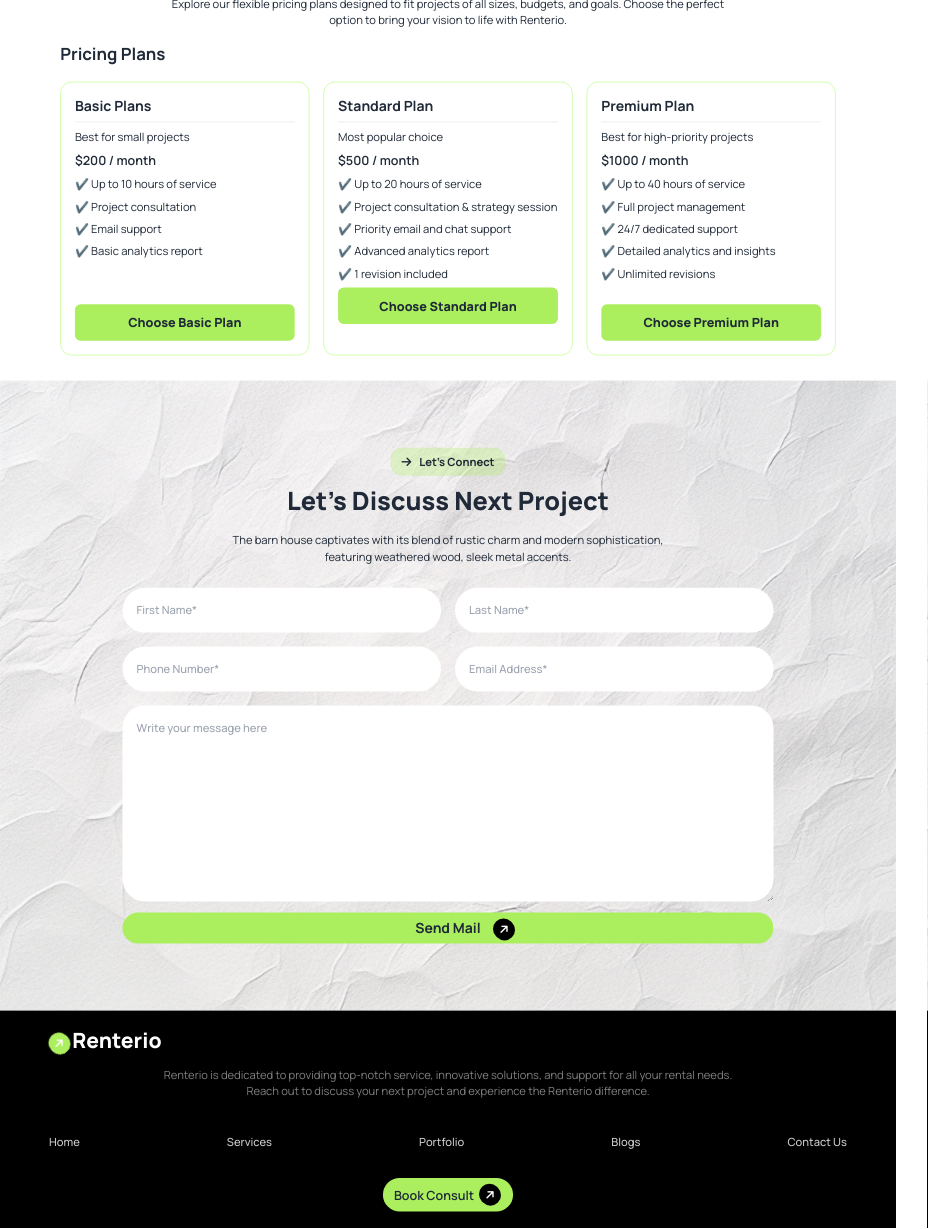
Repository: Tanvir4312/assignment-03
Page: index.html
The author's editor kept a copy of each file at every save. The page is drawn from the files as they stood at one save, then again after the next save.
The browser window is 1280 px wide. The page is 1325 px wide, so the pictures cover 1325 px, including what lies to the right of the window. The pictures show the part of the page from y = 3214 to 5054 px (the page is 4969 px tall before and 5054 px after), at 70% of full size.
Some web libraries are served in a nearby version.

Above is the page before, as saved 2024-10-30 21:53:14.

### index.html
<!DOCTYPE html>
<html lang="en">

<head>
    <meta charset="UTF-8">
    <meta name="viewport" content="width=device-width, initial-scale=1.0">
    <title>Renterio</title>
    <link rel="stylesheet" href="styles/styles.css">
    <!-- DaisyUI -->
    <link href="https://cdn.jsdelivr.net/npm/daisyui@4.12.14/dist/full.min.css" rel="stylesheet" type="text/css" />
    <script src="https://cdn.tailwindcss.com"></script>
    <!-- Icon -->
    <link rel="stylesheet" href="https://cdnjs.cloudflare.com/ajax/libs/font-awesome/6.6.0/css/all.min.css"
        integrity="sha512-Kc323vGBEqzTmouAECnVceyQqyqdsSiqLQISBL29aUW4U/M7pSPA/gEUZQqv1cwx4OnYxTxve5UMg5GT6L4JJg=="
        crossorigin="anonymous" referrerpolicy="no-referrer" />

    <script>
        tailwind.config = {
            theme: {
                extend: {
                    colors: {
                        clifford: '#da373d',
                        bgBtnColor: '#ABEF5F',
                        btnTextAndWorksTextColor: '#1C1C1C',
                        mainColor: '#212121',
                        secondaryColor: '#494949',

                    }
                }
            }
        }
    </script>
</head>

<body class="manrope-font">
    <header>
        <!-- Navbar -->
        <nav class="container mx-auto">
            <div class="navbar relative py-14">
                <div class="navbar-start">
                    <div class="absolute right-0">
                        <div class="dropdown">
                            <div tabindex="0" role="button"
                                class="btn btn-ghost mr-2 lg:hidden border border-[rgba(233,233,233)] rounded-full bg-[#f9f8f8]">
                                <svg xmlns="http://www.w3.org/2000/svg" class="h-5 w-5" fill="none" viewBox="0 0 24 24"
                                    stroke="currentColor">
                                    <path stroke-linecap="round" stroke-linejoin="round" stroke-width="2"
                                        d="M4 6h16M4 12h8m-8 6h16" />
                                </svg>
                            </div>
                            <div class="absolute -left-20">
                                <ul tabindex=""
                                    class="menu menu-sm dropdown-content bg-base-100 rounded-box z-[1] p-2 shadow w-32">
                                    <li><a>Home</a></li>
                                    <li><a>Services</a></li>
                                    <li><a>Portfolio</a></li>
                                    <li><a>Blogs</a></li>
                                    <li><a>Contact Us</a></li>
                                </ul>
                            </div>
                        </div>
                    </div>
                    <i class="fa-solid fa-arrow-right -rotate-45 bg-bgBtnColor p-2 rounded-full	"></i>
                    <a class="btn btn-ghost font-extrabold text-3xl pl-2">Renterio</a>
                </div>
                <div class="navbar-center hidden lg:flex">
                    <ul class="menu menu-horizontal px-1">
                        <li><a class="font-extrabold">Home</a></li>
                        <li><a>Services</a></li>
                        <li><a>Portfolio</a></li>
                        <li><a>Blogs</a></li>
                        <li><a>Contact Us</a></li>
                    </ul>
                </div>

                <div class="navbar-end hidden md:block">
                    <div class="flex justify-end">
                        <div class="flex items-center gap-3 mr-2">
                            <div class="px-3 py-1 border border-[rgba(233,233,233)] rounded-full bg-[#f9f8f8]">
                                <i class="fa-solid fa-magnifying-glass"></i>
                            </div>
                            <div class="px-3 py-1 border border-[rgba(233,233,233)] rounded-full bg-[#f9f8f8]">
                                <i class="fa-solid fa-cart-shopping"></i>
                            </div>
                        </div>
                        <div class="relative ">
                            <button class="btn bg-bgBtnColor rounded-3xl pr-14 text-lg font-semibold">Book
                                Consult</button>
                            <i
                                class="fa-solid fa-arrow-right -rotate-45 bg-black text-white p-2 rounded-full absolute top-2 right-4 "></i>
                        </div>
                    </div>
                </div>
            </div>
        </nav>
        <!-- Banner -->
        <section class="banner text-center">
            <!-- Banner Image -->
            <div class="flex justify-center px-14">
                <img src="./assets/banner.png" alt="">
            </div>
            <!-- Banner Text -->
            <div class="mt-6">
                <h1 class="text-3xl md:text-6xl font-extrabold md:leading-[80px]">A barn house of this design
                    has a <br>striking appearance
                </h1>
                <p class="mt-6 mb-8 px-5">The barn house captivates with its blend of rustic charm and modern
                    sophistication,
                    featuring weathered wood, sleek metal <br> accents, and large windows that flood the space with
                    natural light.</p>
                <!-- Banner Button -->
                <div class="relative flex px-2 md:justify-center md:items-center">
                    <div class="w-full text-start md:text-center">
                        <button
                            class="btn border border-[rgba(171,239,95)] bg-[rgba(171,239,95,0.5)] rounded-3xl mainColor text-xl font-extrabold pr-14 l w-full md:w-52">View
                            Details</button>
                    </div>
                    <div>
                        <i
                            class="fa-solid fa-arrow-right -rotate-45 bg-bgBtnColor p-2 rounded-full absolute bottom-2 right-[590px]"></i>

                        <i
                            class="md:hidden absolute top-3 right-20 fa-solid fa-arrow-right -rotate-45 bg-bgBtnColor p-2 rounded-full"></i>
                    </div>
                </div>
            </div>
        </section>
    </header>

    <main class="bg-[#F4F4F4]">
        <!-- Commercial and Residential Section -->
        <section class="bg-[#F4F4F4] md:my-24 my-5 pt-7 pb-5 md:pb-20">
            <!-- Vector Image -->
            <img class="hidden md:block border-dashed border-2 border-slate-300 py-7 ml-9" src="./assets/Vector.png"
                alt="">
            <div class="md:w-[1140px] mx-auto grid md:grid-cols-2 grid-cols-1 gap-5 p-4 md:p-0">
                <div>
                    <!-- About Us Button -->
                    <div class="flex justify-center md:flex-col">
                        <div class="bg-white w-32 py-2 px-4 rounded-2xl">
                            <i class="fa-solid fa-arrow-right pr-2"></i>
                            <button class="font-bold">About Us</button>
                        </div>
                    </div>
                    <!-- Text -->
                    <div class="mt-4 md:text-start text-center">
                        <h1 class="text-2xl md:text-4xl font-bold mainColor mb-6">We design thoughtful, <br> liveable
                            spaces
                        </h1>
                        <p class="secondaryColor">The barn house captivates with its blend of rustic charm and
                            modern sophistication, featuring weathered wood, sleek metal accents.</p>
                    </div>

                    <div class="flex md:items-center gap-5 my-6 bg-white p-6 rounded-2xl">
                        <!-- Image -->
                        <div>
                            <img src="./assets/commercial.png" alt="">
                        </div>
                        <!-- Text -->
                        <div>
                            <h3 class="text-xl font-extrabold">Commercial</h3>
                            <p><small>The barn house captivates with its blend <br> of rustic charm and modern.</small>
                            </p>
                        </div>
                    </div>
                    <div class="flex md:items-center gap-5 bg-white p-6 rounded-2xl">
                        <!-- Image -->
                        <div>
                            <img src="./assets/residential.png" alt="">
                        </div>
                        <!-- Text -->
                        <div>
                            <h3 class="text-xl font-extrabold">Residential</h3>
                            <p><small>The barn house captivates with its blend <br> of rustic charm and modern.</small>
                            </p>
                        </div>
                    </div>

                </div>
                <!-- Image -->
                <div>
                    <img class="h-60 w-full md:h-[500px]" src="./assets/Rectangle.png" alt="">
                </div>
            </div>
        </section>
        <!-- Works Process section -->
        <section class="md:w-[1140px] mx-auto px-4 md:px-0 md:pb-24">
            <!-- Works Button -->
            <div class="flex justify-center">
                <div class="bg-white py-2 px-4 rounded-2xl">
                    <i class="fa-solid fa-arrow-right pr-2"></i>
                    <button class="font-bold">How We Works</button>
                </div>
            </div>
            <!-- Text -->
            <div class="text-center">
                <h1 class="py-4 md:py-6 text-2xl md:text-4xl font-bold">Our Works Process</h1>
                <p>The barn house captivates with its blend of rustic charm and modern sophistication, <br> featuring
                    weathered wood, sleek metal accents.</p>
            </div>
            <!-- Card -->
            <div class="card grid grid-cols-1 md:grid-cols-4 gap-4 my-8">
                <div class="bg-[rgba(231,193,211)] rounded-2xl p-5">
                    <img src="./assets/concept.png" alt="">
                    <h4 class="py-2 text-xl font-bold">Concept</h4>
                    <p>The barn house captivates with its blend of rustic charm and modern.</p>
                </div>
                <div class="bg-[rgba(239,218,110)] rounded-2xl p-5">
                    <img src="./assets/flow-chart.png" alt="">
                    <h4 class="py-2 text-xl font-bold">Design Process</h4>
                    <p>The barn house captivates with its blend of rustic charm and modern.</p>
                </div>
                <div class="bg-[rgba(164,218,195)] rounded-2xl p-5">
                    <img src="./assets/concept.png" alt="">
                    <h4 class="py-2 text-xl font-bold">Supervision</h4>
                    <p>The barn house captivates with its blend of rustic charm and modern.</p>
                </div>
                <div class="bg-[rgba(119,170,234)] rounded-2xl p-5">
                    <img src="./assets/concept.png" alt="">
                    <h4 class="py-2 text-xl font-bold">Budget Planning</h4>
                    <p>The barn house captivates with its blend of rustic charm and modern.</p>
                </div>
            </div>
        </section>
        <!-- Latest Portfolio Section -->
        <section class="md:bg-white">
            <div class=" md:w-[1140px] mx-auto py-6 px-4 md:pt-20">
                <!-- Latest Works Button -->
                <div class="flex justify-center">
                    <div class="bg-[rgba(171,239,95,0.2)] py-2 px-4 rounded-2xl">
                        <i class="fa-solid fa-arrow-right pr-2"></i>
                        <button class="font-bold">Explore our Latest works</button>
                    </div>
                </div>
                <!-- Text -->
                <div class="text-center">
                    <h1 class="pt-4 pb-6 md:text-4xl text-2xl font-bold">Our Latest Portfolio</h1>
                    <p>The barn house captivates with its blend of rustic charm and modern sophistication, <br>
                        featuring
                        weathered wood, sleek metal accents.</p>
                </div>
                <!-- Latest Portfolio Card First Row -->
                <div class="pt-8 grid grid-cols-1 md:grid-cols-3 gap-5">
                    <!-- First Card -->
                    <div class="md:col-span-2 rounded-2xl ">
                        <div class="md:flex gap-6 border border-[rgba(233,233,233)] rounded-2xl p-5 bg-white">
                            <img src="./assets/img1.png" alt="">
                            <div>
                                <h3 class="text-2xl font-extrabold">Commercial</h3>
                                <p class="pt-4 pb-6">The barn house captivates with its blend of rustic charm and
                                    modern. The barn house
                                    captivates with its blend of rustic charm and modern .</p>

                                <a class="text-xl font-extrabold pr-1" href="">View Details</a>
                                <i class="fa-solid fa-arrow-right -rotate-45 bg-bgBtnColor p-2 rounded-full	"></i>
                            </div>
                        </div>
                    </div>
                    <!-- Second Card -->
                    <div class="border border-[rgba(233,233,233)] rounded-2xl p-5 bg-white">
                        <img src="./assets/img2.png" alt="">
                    </div>

                </div>
                <!-- Latest Portfolio Card Second Row -->
                <div class="grid grid-cols-1 md:grid-cols-4 gap-5 mt-5">
                    <!-- First Card -->
                    <div class="border border-[rgba(233,233,233)] rounded-2xl p-5 bg-white">
                        <img class="h-full w-full" src="./assets/img3.png" alt="">
                    </div>
                    <!-- Second Card -->
                    <div class="md:col-span-2 rounded-2xl ">
                        <div class="md:flex gap-6 border border-[rgba(233,233,233)] rounded-2xl p-5 bg-white">
                            <img src="./assets/img4.png" alt="">
                            <div>
                                <h3 class="text-2xl font-extrabold">Commercial</h3>
                                <p class="pt-4 pb-6">The barn house captivates with its blend of rustic charm and
                                    modern.</p>

                                <a class="text-xl font-extrabold pr-1" href="">View Details</a>
                                <i class="fa-solid fa-arrow-right -rotate-45 bg-bgBtnColor p-2 rounded-full	"></i>
                            </div>
                        </div>
                    </div>
                    <!-- Third Card -->
                    <div class="border border-[rgba(233,233,233)] rounded-2xl p-5 bg-white">
                        <img class="h-full w-full" src="./assets/img5.png" alt="">
                    </div>

                </div>
            </div>
        </section>
        <!-- Perfect Plan Section -->
        <section class="md:bg-white">
            <div class="md:w-[1140px] mx-auto py-6 px-4 md:pt-20">
                <!-- Text -->
                <div class="text-center">
                    <h1 class="text-2xl md:text-4xl font-extrabold">Choose the Perfect Plan for Your Needs</h1>
                    <p class="py-5">Explore our flexible pricing plans designed to fit projects of all sizes, budgets,
                        and goals. Choose the perfect <br> option to bring your vision to life with Renterio.</p>
                </div>
                <p class="text-2xl font-bold pb-6">Pricing Plans</p>
                <!-- Cards -->
                <div class="grid grid-cols-1 md:grid-cols-3 gap-5">
                    <!-- Card-01 -->
                    <div class="border border-[#bdfe8b] p-5 rounded-2xl bg-white">
                        <div class="space-y-2">
                            <h3 class="text-xl font-bold">Basic Plans</h3>
                            <hr>
                            <p>Best for small projects</p>
                            <h5 class="text-lg font-semibold">$200 / month</h5>
                            <li class="list-none">✔️ Up to 10 hours of service</li>
                            <li class="list-none">✔️ Project consultation</li>
                            <li class="list-none">✔️ Email support</li>
                            <li class="list-none">✔️ Basic analytics report</li>
                        </div>

                        <button class="bg-bgBtnColor p-3 rounded-lg text-lg font-extrabold mt-16 w-full">Choose
                            Basic Plan</button>

                    </div>
                    <!-- Card-02 -->
                    <div class="border border-[#bdfe8b] p-5 rounded-2xl bg-white">
                        <div class="space-y-2">
                            <h3 class="text-xl font-bold">Standard Plan</h3>
                            <hr>
                            <p>Most popular choice</p>
                            <h5 class="text-lg font-semibold">$500 / month</h5>
                            <li class="list-none">✔️ Up to 20 hours of service</li>
                            <li class="list-none">✔️ Project consultation & strategy session</li>
                            <li class="list-none">✔️ Priority email and chat support</li>
                            <li class="list-none">✔️ Advanced analytics report</li>
                            <li class="list-none">✔️ 1 revision included</li>
                        </div>

                        <button class="bg-bgBtnColor p-3 rounded-lg text-lg font-extrabold mt-2 w-full">Choose Standard
                            Plan</button>

                    </div>
                    <!-- Card-03 -->
                    <div class="border border-[#bdfe8b] p-5 rounded-2xl bg-white">
                        <div class="space-y-2">
                            <h3 class="text-xl font-bold">Premium Plan</h3>
                            <hr>
                            <p>Best for high-priority projects</p>
                            <h5 class="text-lg font-semibold">$1000 / month</h5>
                            <li class="list-none">✔️ Up to 40 hours of service</li>
                            <li class="list-none">✔️ Full project management</li>
                            <li class="list-none">✔️ 24/7 dedicated support</li>
                            <li class="list-none">✔️ Detailed analytics and insights</li>
                            <li class="list-none">✔️ Unlimited revisions</li>
                        </div>

                        <button class="bg-bgBtnColor p-3 rounded-lg text-lg font-extrabold mt-8 w-full">Choose Premium
                            Plan</button>

                    </div>
                </div>
            </div>
        </section>
    </main>
    <!-- Next Project Section -->
    <section class="next-project mt-3">
        <div class=" md:w-[970px] mx-auto py-7 md:py-24 px-5">
            <!-- Button -->
            <div class="flex justify-center">
                <div class="bg-[rgba(171,239,95,0.3)] py-2 px-4 rounded-2xl">
                    <i class="fa-solid fa-arrow-right pr-2"></i>
                    <button class="font-bold">Let’s Connect</button>
                </div>
            </div>
            <!-- Text -->
            <div class="text-center">
                <h1 class="text-2xl md:text-4xl font-extrabold pt-4">Let’s Discuss Next Project</h1>
                <p class="pt-6 pb-8">The barn house captivates with its blend of rustic charm and modern sophistication,
                    <br> featuring weathered wood, sleek metal accents.
                </p>
            </div>
            <!-- Input Field -->
            <div class="grid grid-cols-1 md:grid-cols-2 gap-5">
                <input class="p-5 rounded-[64px]" type="text" name="" id="" placeholder="First Name*">
                <input class="p-5 rounded-[64px]" type="text" name="" id="" placeholder="Last Name*">
                <input class="p-5 rounded-[64px]" type="text" name="" id="" placeholder="Phone Number*">
                <input class="p-5 rounded-[64px]" type="text" name="" id="" placeholder="Email Address*">
                <textarea class="md:col-span-2 p-5 rounded-[32px]" name="" id="" cols="30" rows="10"
                    placeholder="Write your message here"></textarea>
            </div>
            <!-- Button -->
            <div class="relative">
                <button class="bg-bgBtnColor w-full text-xl font-bold py-2 rounded-[32px] mt-4">Send Mail</button>
                <i
                    class="fa-solid fa-arrow-right -rotate-45 bg-black text-white p-2 rounded-full md:absolute md:top-6 md:right-[370px] hidden md:block"></i>
                <i
                    class="fa-solid fa-arrow-right -rotate-45 bg-black text-white p-2 rounded-full absolute top-6 right-14 md:hidden"></i>
            </div>
        </div>
    </section>

    <footer class="bg-black">
        <div class="md:w-[1140px] mx-auto py-6">

            <div class=" text-white">
                <i class="fa-solid fa-arrow-right -rotate-45 bg-bgBtnColor p-2 rounded-full	"></i>
               <span>
                <a class="text-xl md:text-3xl font-extrabold pt-14 text-center">Renterio</a>
               </span>
                <p class="pt-4 pb-12 opacity-50 text-center">Renterio is dedicated to providing top-notch service, innovative solutions, and support for all your rental needs. <br> Reach out to discuss your next project and experience the Renterio difference.</p>
            </div>
            <div class="md:flex  justify-between text-white font-medium opacity-80">
                <p><a href="">Home</a></p>
                <p><a href="">Services</a></p>
                <p><a href="">Portfolio</a></p>
                <p><a href="">Blogs</a></p>
                <p><a href="">Contact Us</a></p>
            </div>

            <div class="relative ">
                <div class="flex justify-center mt-10">
                    <button class="btn bg-bgBtnColor rounded-3xl pr-14 text-lg font-semibold border-none">Book
                        Consult</button>
                </div>
                <i
                    class="fa-solid fa-arrow-right -rotate-45 bg-black text-white p-2 rounded-full absolute top-2 right-[495px] "></i>
            </div>

        </div>
    </footer>
</body>

</html>

### styles/styles.css
/* Font */
@import url('https://fonts.googleapis.com/css2?family=Manrope:wght@200..800&display=swap');


.manrope-font {
  font-family: "Manrope", sans-serif;
}

/* Next Project Section */
.next-project{
  background-image: url('/assets/bg.jpg');
  background-repeat: no-repeat;
  background-position: center;
  background-size: cover;
}

::placeholder{
  font-weight: 500;

}

After the next save:
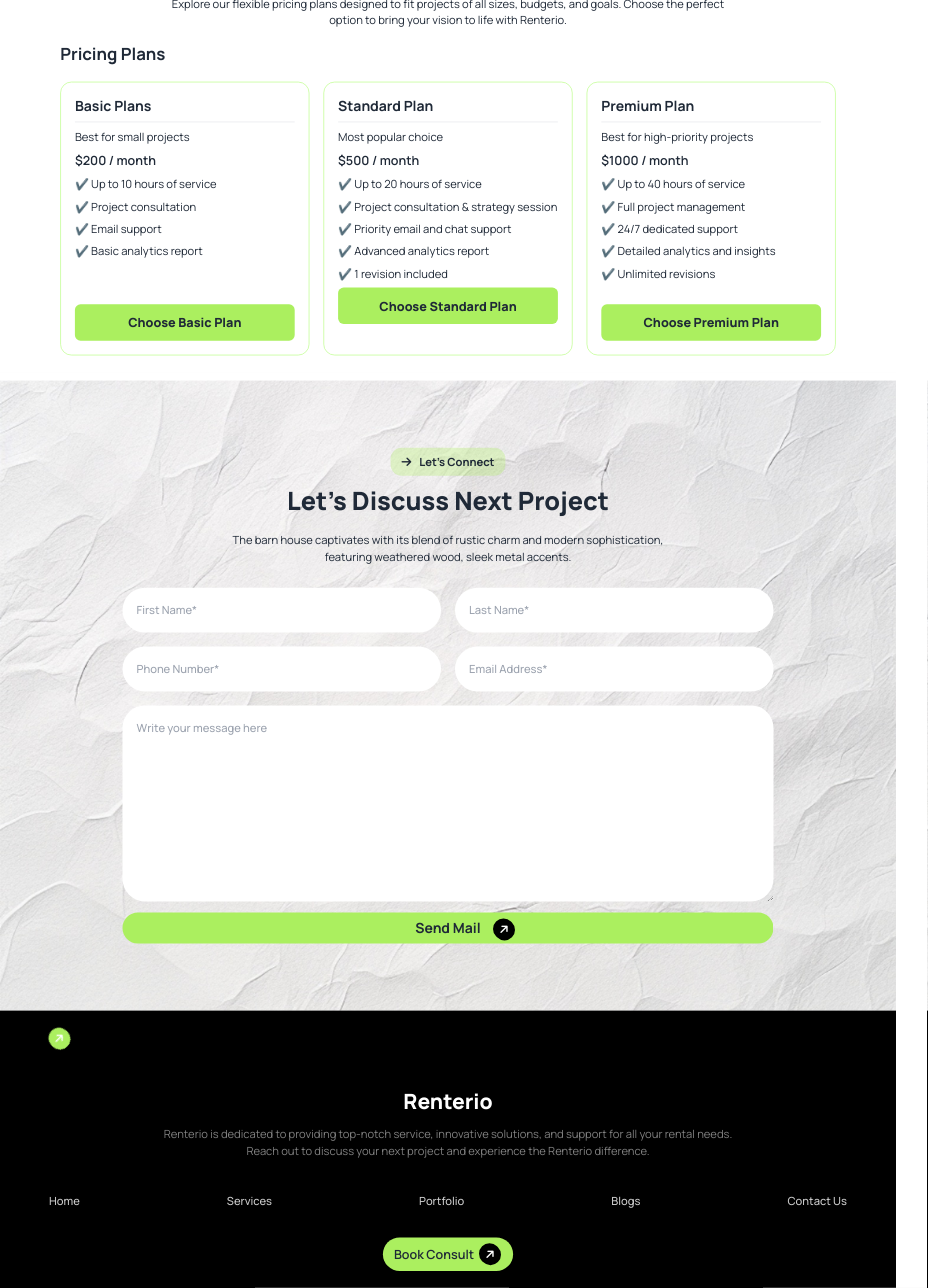
Saved 12 s later.
--- a/index.html
+++ b/index.html
@@ -402,7 +402,7 @@
             <div class=" text-white">
                 <i class="fa-solid fa-arrow-right -rotate-45 bg-bgBtnColor p-2 rounded-full	"></i>
                <span>
-                <a class="text-xl md:text-3xl font-extrabold pt-14 text-center">Renterio</a>
+                <h1 class="text-xl md:text-3xl font-extrabold pt-14 text-center">Renterio</h1>
                </span>
                 <p class="pt-4 pb-12 opacity-50 text-center">Renterio is dedicated to providing top-notch service, innovative solutions, and support for all your rental needs. <br> Reach out to discuss your next project and experience the Renterio difference.</p>
             </div>
